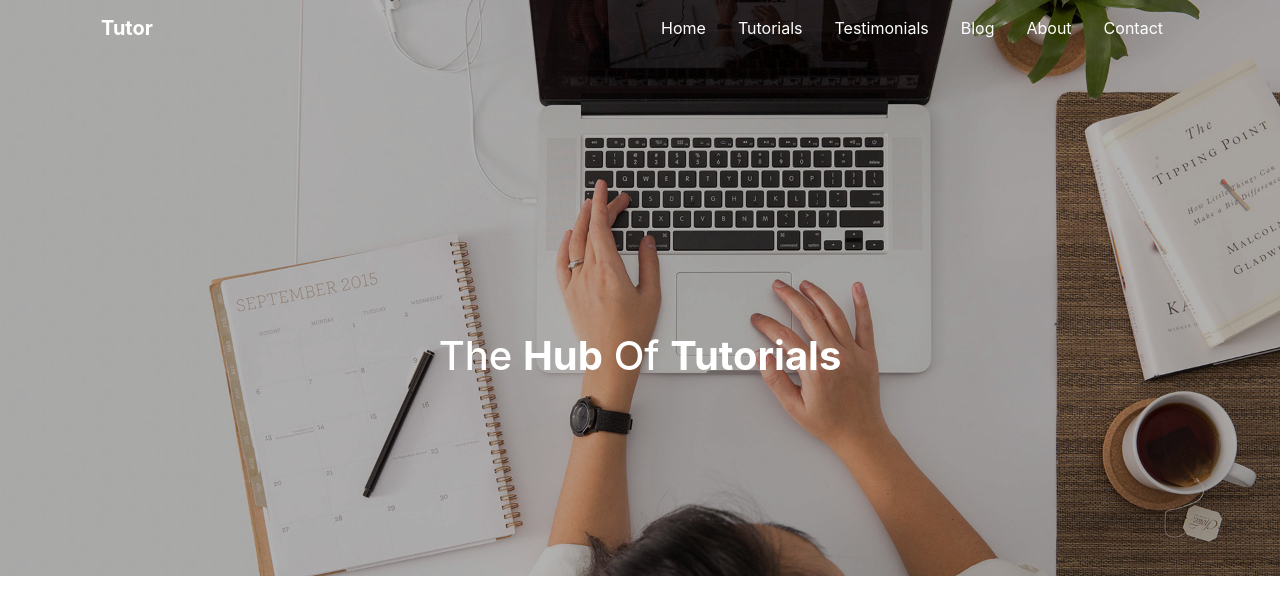
Repository: longvh2003/Tutor
Page: Views/home.html
An editor plug-in stored every save of this project. The page is shown before and after the next save, followed by the edit.
The browser window is 1280 px wide. The pictures show the whole page.
Some web libraries are served in a nearby version.

Above is the page before, as saved 2020-08-12 16:19:40.

### Views/home.html
<html lang="en">

<head>
    <meta charset="UTF-8">
    <meta name="viewport" content="width=device-width, initial-scale=1.0">
    <title>Home</title>
    <link rel="stylesheet" href="https://stackpath.bootstrapcdn.com/bootstrap/4.5.2/css/bootstrap.min.css"
        integrity="sha384-JcKb8q3iqJ61gNV9KGb8thSsNjpSL0n8PARn9HuZOnIxN0hoP+VmmDGMN5t9UJ0Z" crossorigin="anonymous">
    <link rel="stylesheet" href="https://use.fontawesome.com/releases/v5.12.0/css/all.css"
        integrity="sha384-REHJTs1r2ErKBuJB0fCK99gCYsVjwxHrSU0N7I1zl9vZbggVJXRMsv/sLlOAGb4M" crossorigin="anonymous" />
    <link rel="stylesheet" href="../Css/home.css">
</head>

<body>
    <section class="header">
        <div class="opacity"></div>
        <div class="container">
            <nav class="navbar navbar-light">
                <a class="navbar-brand text-white" href="#"><strong>Tutor</strong></a>
                <ul class="nav justify-content-center">
                    <li class="nav-item">
                        <a class="nav-link text-white" href="#">Home</a>
                    </li>
                    <li class="nav-item">
                        <a class="nav-link text-white" href="#">Tutorials</a>
                    </li>
                    <li class="nav-item">
                        <a class="nav-link text-white" href="#">Testimonials</a>
                    </li>
                    <li class="nav-item">
                        <a class="nav-link text-white" href="#">Blog</a>
                    </li>
                    <li class="nav-item">
                        <a class="nav-link text-white" href="#">About</a>
                    </li>
                    <li class="nav-item">
                        <a class="nav-link text-white" href="#">Contact</a>
                    </li>
                </ul>
            </nav>
            <div class="title-header">
                <h1 class="text-white">The <strong>Hub</strong> Of <strong>Tutorials</strong></h1>
            </div>
        </div>
    </section>
</body>

</html>

### Css/home.css
body {
  font-family: "Raleway", -apple-system, BlinkMacSystemFont, "Segoe UI", Roboto,
    "Helvetica Neue", Arial, "Noto Sans", sans-serif, "Apple Color Emoji",
    "Segoe UI Emoji", "Segoe UI Symbol", "Noto Color Emoji";
}
.header{
    background: url(../Image/hero_bg.jpg) no-repeat center center;
    height: 36rem;
    background-size: cover;
}
.opacity{
    position: absolute;
    width: 100%;
    height: 36rem;
    background: rgba(0, 0, 0, 0.3);
}
.title-header{
    position: absolute;
    z-index: 99999;
    top: 50%;
    left: 50%;
    transform: translate(-50%,-50%);
}

After the next save:
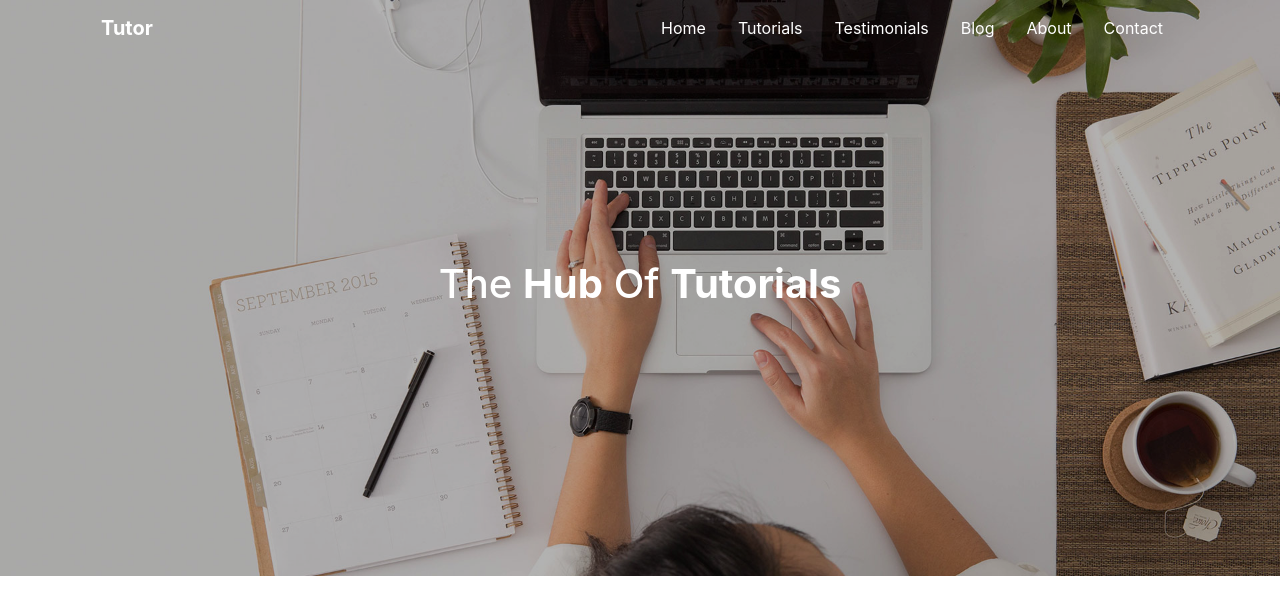
Saved 2 min 2 s later.
--- a/Css/home.css
+++ b/Css/home.css
@@ -17,7 +17,7 @@ body {
 .title-header{
     position: absolute;
     z-index: 99999;
-    top: 50%;
+    top: 40%;
     left: 50%;
     transform: translate(-50%,-50%);
 }
